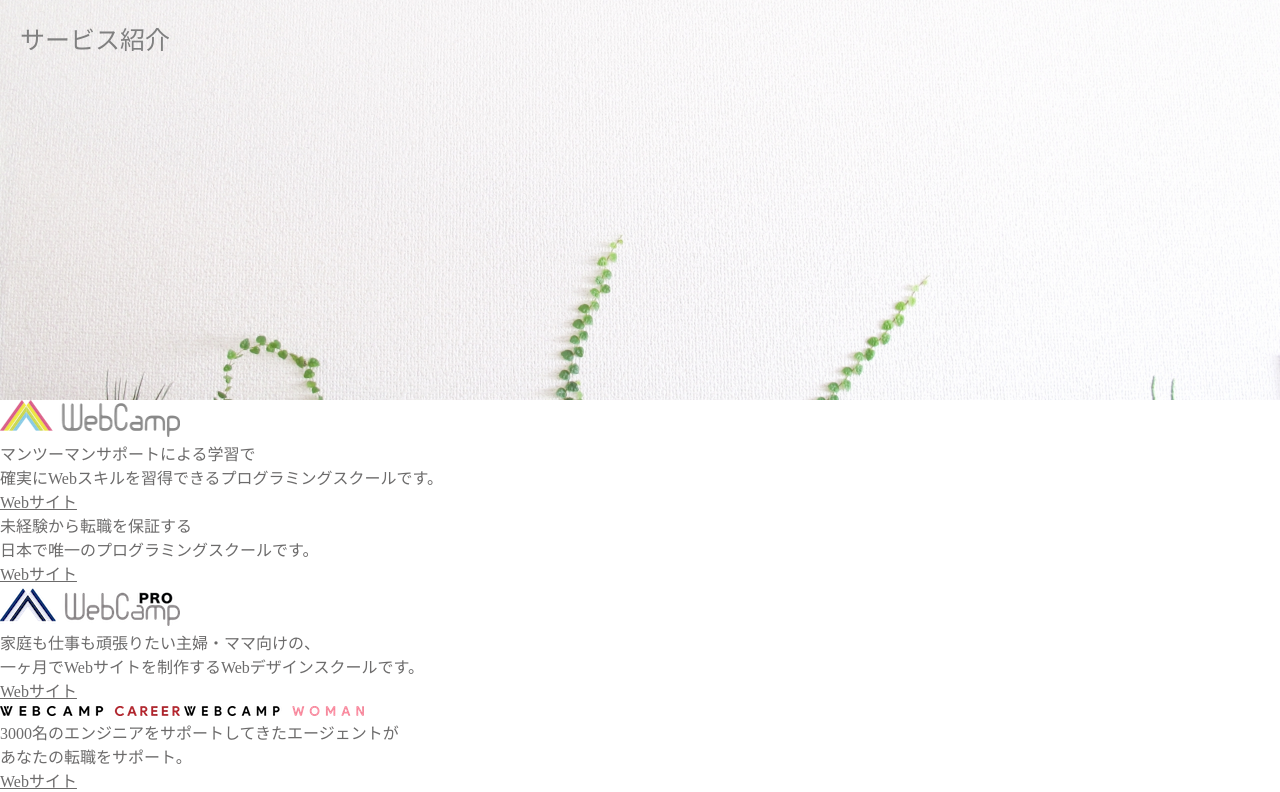
Repository: pooh0721/-
Page: c7/c7.html
The author's editor kept a record of every edit. The page is drawn from the files as they stood at one moment, then again after the next edit.
The browser window is 1280 px wide. The pictures show the whole page.

Above is the page before.

After the next edit:
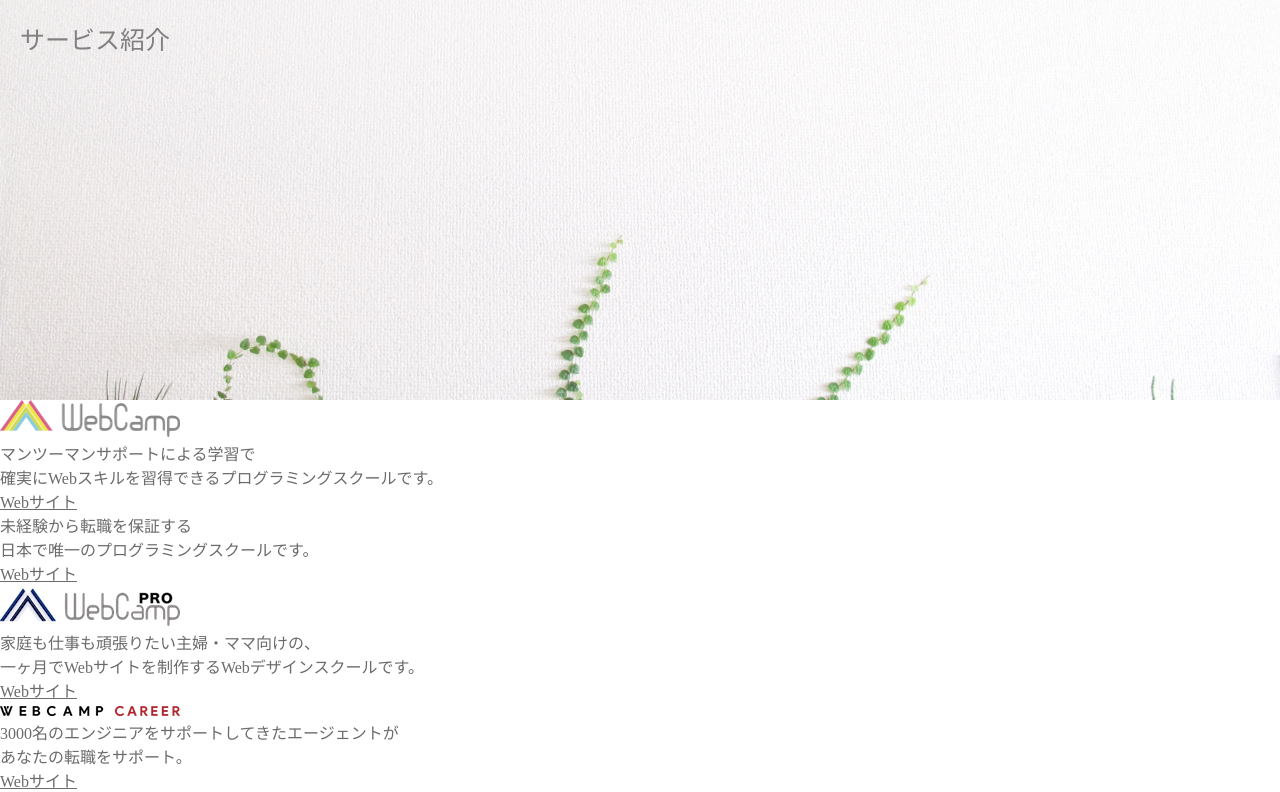
The edit:
--- a/c7/c7.html
+++ b/c7/c7.html
@@ -54,7 +54,6 @@
            <div class="item">
              <img class="image" src=img/wcc-logo.png></img>
 
-             <img class="image" src=img/wcw-logo.png></img>
              <section class="text">
                <p>
                  3000名のエンジニアをサポートしてきたエージェントが<br>
